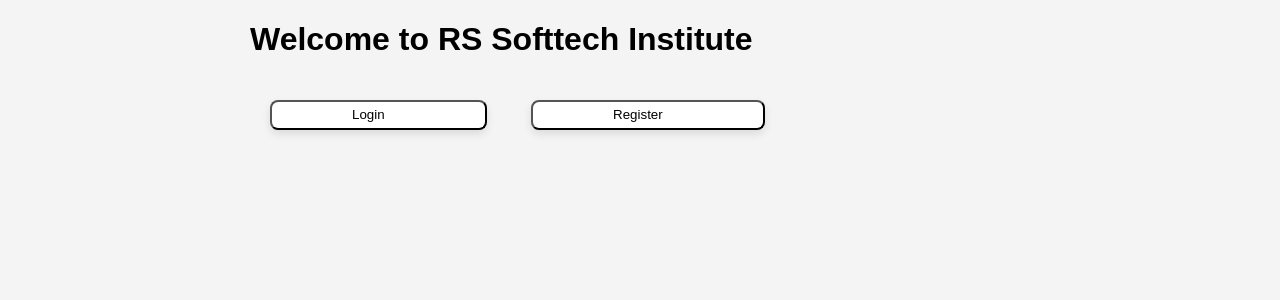
Repository: kkale14/My_allpr
Page: Kalyani1/src/main/webapp/Newpage.html
An editor plug-in stored every save of this project. The page is shown before and after the next save, followed by the edit.
The browser window is 1280 px wide. The pictures show the whole page.

Above is the page before, as saved 2025-03-03 08:42:04.

### Kalyani1/src/main/webapp/Newpage.html
<!DOCTYPE html>
<html>
<head>
<meta charset="UTF-8">
<title>Insert title here</title>
</head>
<body>

 <style>
        body {
            font-family: Arial, sans-serif;
            background-color: #f4f4f4;
             margin-left: 250px;
            padding: 0px;
        }
        h2 {
            text-align: center;
            color: #333;
        }
        .container{
          width: 20;
          height:30px;
          text-align:center;
            margin: 20px;
            padding-left: 80px;
            padding-right:100px;
            background-color: white;
            border-radius: 8px;
            box-shadow: 0 4px 8px rgba(0, 0, 0, 0.1);
        }

        </style>
<h1> Welcome to RS Softtech Institute </h1>
<label for="student"></label>
 <button  class ="container" type="submit" value="Submit">Login</button>
 <button class= "container" type="submit" value="Submit">Register</button>



</body>
</html>

After the next save:
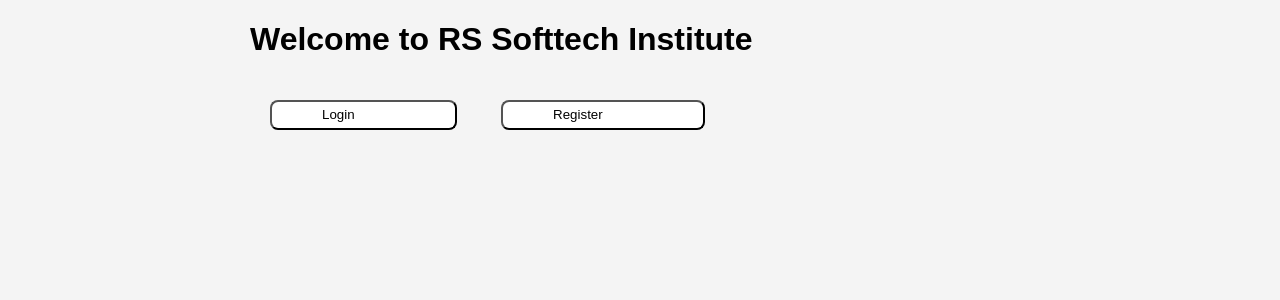
Saved 55 s later.
--- a/Kalyani1/src/main/webapp/Newpage.html
+++ b/Kalyani1/src/main/webapp/Newpage.html
@@ -22,11 +22,11 @@
           height:30px;
           text-align:center;
             margin: 20px;
-            padding-left: 80px;
+            padding-left: 50px;
             padding-right:100px;
             background-color: white;
             border-radius: 8px;
-            box-shadow: 0 4px 8px rgba(0, 0, 0, 0.1);
+
         }
 
         </style>
